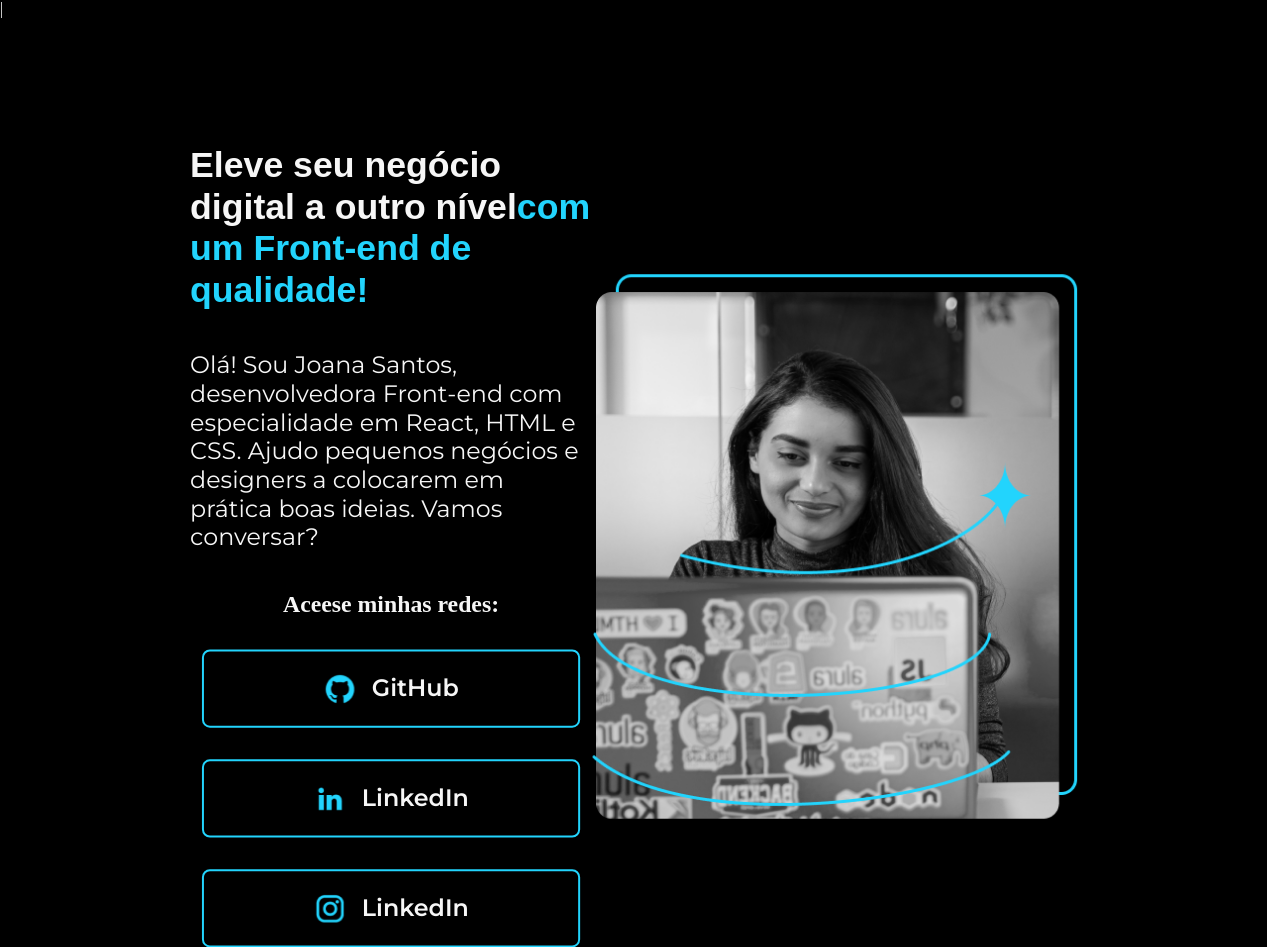
Repository: AnaFzCz/Portifolio-HTML-CSS-dinamico
Page: index.html
The author's editor kept a copy of each file at every save. The page is drawn from the files as they stood at one save, then again after the next save.
The browser window is 1280 px wide. The pictures show the whole page, at 99% of full size.
The pointer rests on the first visible `.apresentacao__links__link`.
Some web fonts or font styles are not loaded; a fallback is used.

Above is the page before, as saved 2025-02-09 06:42:20.

### index.html
|
<!DOCTYPE html>
<html lang="pt-br">

<head>
    <meta charset="UTF-8">
    <meta http-equiv="X-UA-Compatible" content="IE=edge">
    <meta name="viewport" content="width=device-width, initial-scale=1.0">
    <title>Portifolio</title>
    <link rel="stylesheet" href="style.css">
</head>

<body>
    <header></header>
    <main class="apresentacao">
        <section class="apresentacao__conteudo">
            <h1 class="apresentacao__conteudo__titulo">Eleve seu negócio digital a outro nível<strong
                    class="titulo-destaque">com um Front-end de qualidade!
                </strong></h1>
            <p class="apresentacao__conteudo__texto">Olá! Sou Joana Santos, desenvolvedora
                Front-end com especialidade em React, HTML e
                CSS. Ajudo pequenos negócios e designers a
                colocarem em prática boas ideias. Vamos
                conversar?</p>
            <div class="apresentacao__links">
                <h2 class="apresentacao__links_subtitulo">Aceese minhas redes:</h2>
               <a class="apresentacao__links__link" href="https://github.com/AnaFzCz">
                <img src="/assets/github.png">
                GitHub</a>
                <a class="apresentacao__links__link" href="https://linkdIn.com/in/ana-fernandez-cruz-238787124">
                    <img src="/assets/linkedin.png">
                    LinkedIn</a>
                    <a class="apresentacao__links__link" href="https://instagram.com/anafzcz">
                        <img src="/assets/instagram.png">
                        LinkedIn</a>

            </div>

        </section>
        <img src="/assets/Imagem.png" alt="Foto da Joana Santos programando">
    </main>
    <footer></footer>
</body>

</html>

### style.css
@import url('https://fonts.googleapis.com/css2?family=Krona+One&family=Montserrat:wght@400;600&display=swap');

* {
    margin: 0;
    padding: 0;
}

body {
    height: 100vh;
    box-sizing: border-box;
    background-color: #000000;
    color: #F6F6F6;
}

.titulo-destaque {
    color: #22D4FD;
}

.apresentacao {
    margin: 10% 15%;
    display: flex;
    align-items: center;
    justify-content: space-between;
}

.apresentacao__conteudo {
    width: 615px;
    display: flex;
    flex-direction: column;
    gap: 40px;
}

.apresentacao__conteudo__titulo {
    font-size: 36px;
    font-family: 'Krona One', sans-serif;
}

.apresentacao__conteudo__texto {
    font-size: 24px;
    font-family: 'Montserrat', sans-serif;
}

.apresentacao__links {
    display: flex;
    flex-direction: column;
    justify-content: space-between;
    align-items: center;
    gap: 32px;
}

.apresentacao__links__subtitulo {
    font-family: 'Krona One', sans-serif;
    font-weight: 400;
    font-size: 24px;
}

.apresentacao__links__link {
    /* background-color: #22D4FD; */
    display: flex;
    justify-content: center;
    gap: 16px;
    border: 2px solid #22D4FD;
    width: 378px;
    text-align: center;
    border-radius: 8px;
    font-size: 24px;
    font-weight: 600;
    padding: 21.5px 0;
    text-decoration: none;
    color: #F6F6F6;
    font-family: 'Montserrat', sans-serif;
}

After the next save:
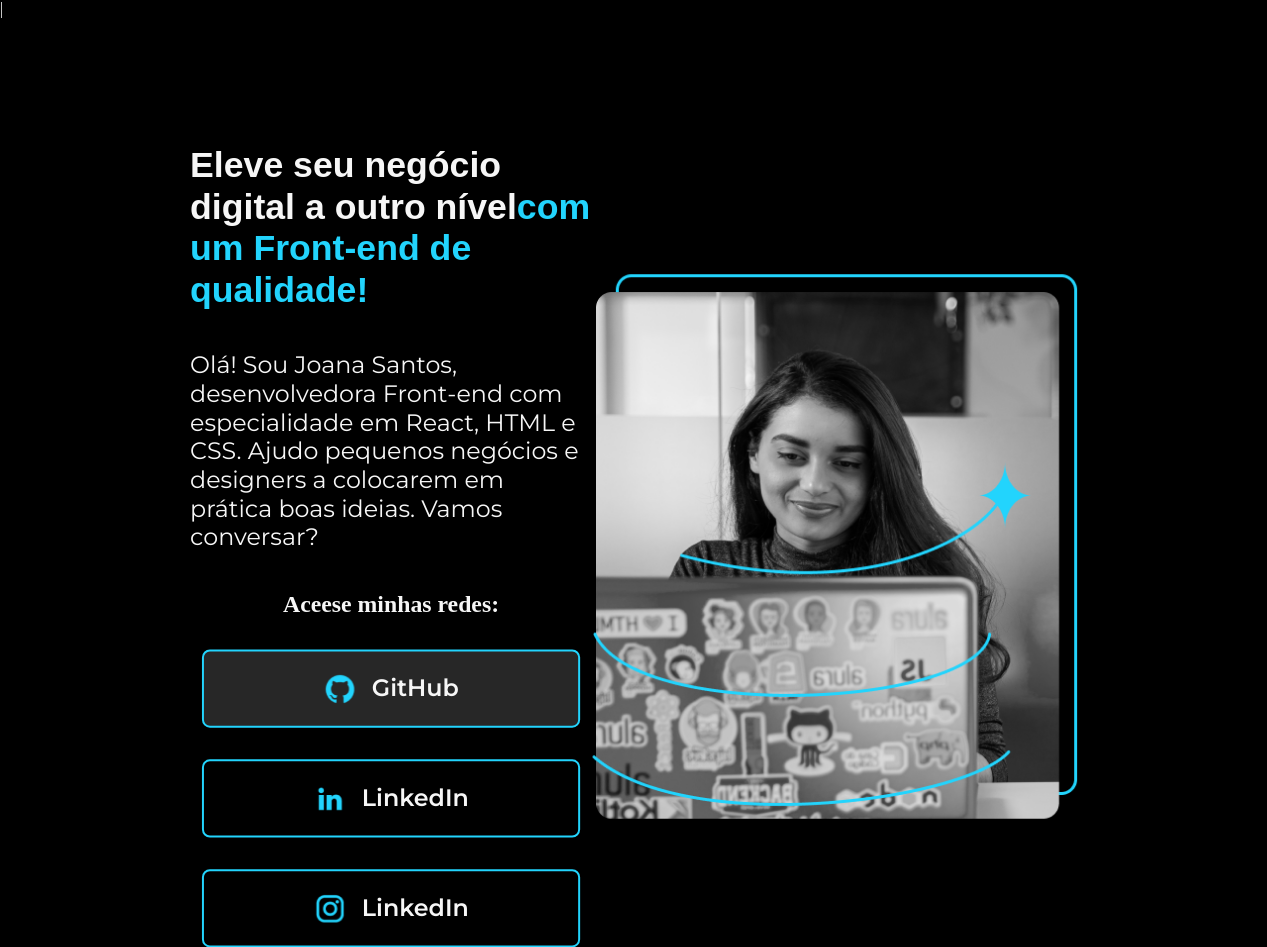
Saved 4 min 17 s later.
--- a/style.css
+++ b/style.css
@@ -70,3 +70,7 @@
     color: #F6F6F6;
     font-family: 'Montserrat', sans-serif;
 }
+
+.apresentacao__links__link:hover {
+    background-color: #272727;
+}
